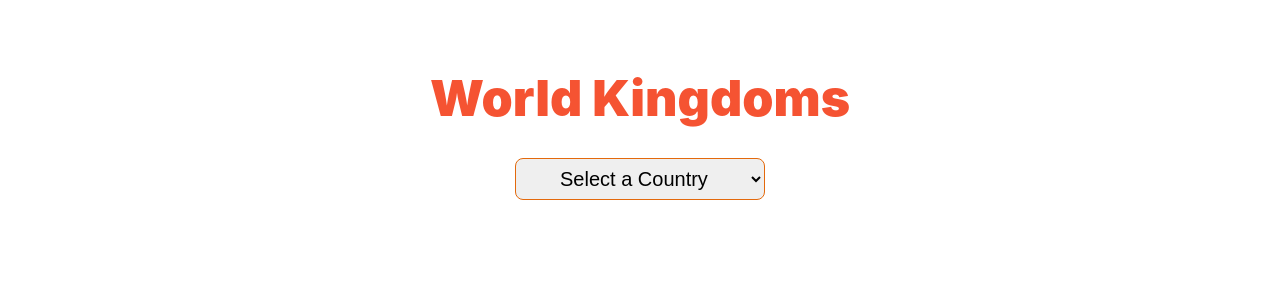
Repository: GloGlorGloria/COMP3170-lab7
Page: /
An editor plug-in stored every save of this project. The page is shown before and after the next save, followed by the edit.
The browser window is 1280 px wide. The pictures show the whole page.
The page's requests for data from a server got no answer. The project was rebuilt for these pictures with package versions that can differ from the ones it lists, and the page was loaded fresh each time. No one was signed in, and anything a server would have sent is missing. Also part of the build but not shown: vite.config.js, src/components/Details.jsx.

Above is the page before, as saved 2024-11-24 02:30:41.

After the next save:
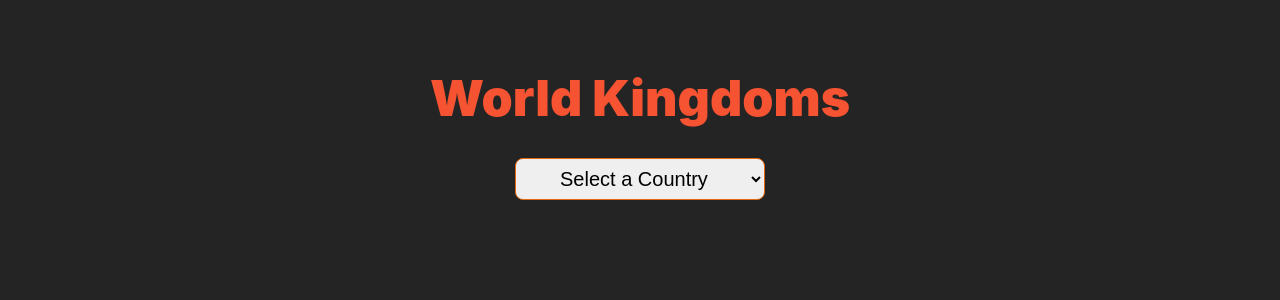
Saved 3 s later.
--- a/src/index.css
+++ b/src/index.css
@@ -59,8 +59,9 @@
 .details_container p {
   font-size: 25px;
   font-weight: bold;
+}
 
-}
+.details_container
 
 @media (prefers-color-scheme: light) {
   :root {

After the save that followed:
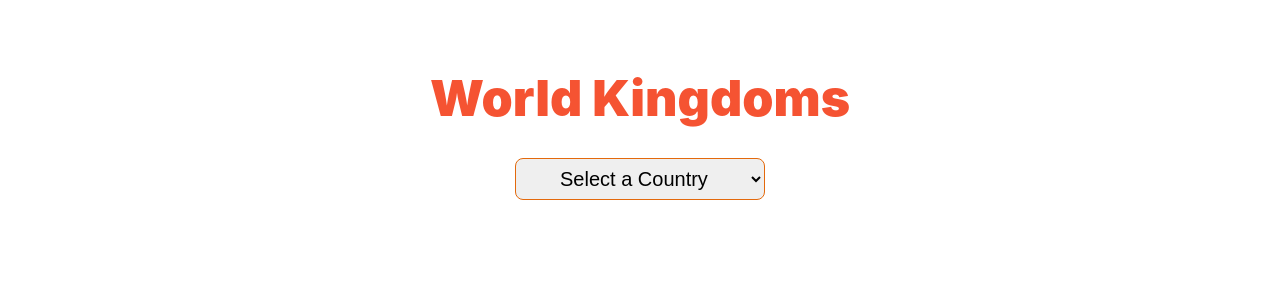
Saved 26 s later.
--- a/src/index.css
+++ b/src/index.css
@@ -61,7 +61,6 @@
   font-weight: bold;
 }
 
-.details_container
 
 @media (prefers-color-scheme: light) {
   :root {
